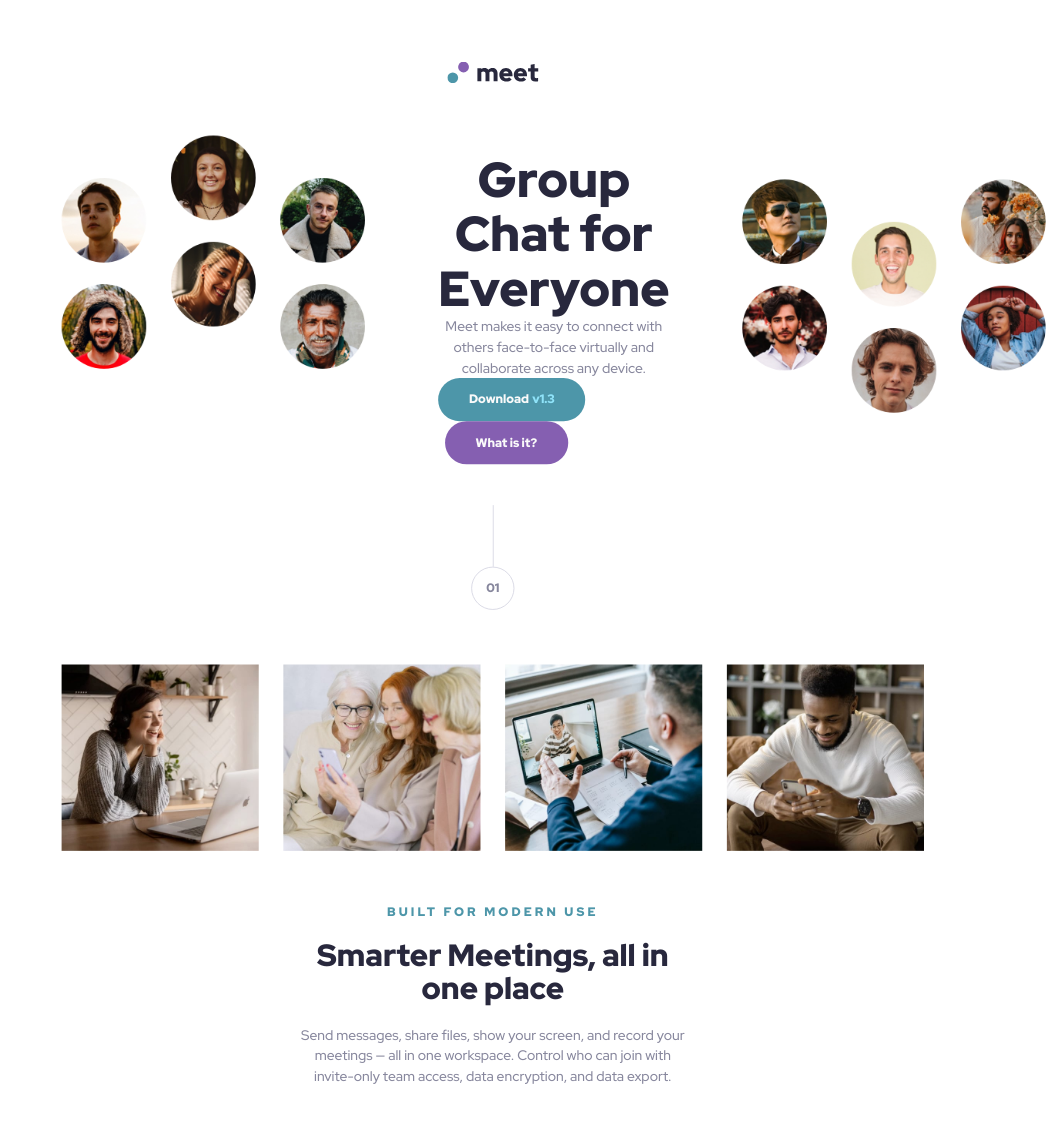
Repository: brandontaylor1/meet-landing-page
Page: index.html
The author's editor kept a copy of each file at every save. The page is drawn from the files as they stood at one save, then again after the next save.
The browser window is 1280 px wide. The page is 1358 px wide, so the pictures cover 1358 px, including what lies to the right of the window. The pictures show the whole page, at 77% of full size.

Above is the page before, as saved 2025-01-11 22:09:20.

### index.html
<!DOCTYPE html>
<html lang="en">
<head>
    <meta charset="UTF-8">
    <meta name="viewport" content="width=device-width, initial-scale=1.0">
    <link rel="preconnect" href="https://fonts.googleapis.com">
    <link rel="preconnect" href="https://fonts.gstatic.com" crossorigin>
    <link href="https://fonts.googleapis.com/css2?family=Red+Hat+Display:ital,wght@0,300..900;1,300..900&display=swap" rel="stylesheet">
    <link rel="stylesheet" href="styles.css">
    <title>Meet Landing Page</title>
</head>
<body>
    <nav class="navbar">
        <div class="logo-container">
            <img src="./assets/images/logo.svg" alt="meet logo">
        </div>
    </nav>
    <section class="hero-section">
        <img src="./assets/images/image-hero-left.png" class="left-faces" alt="Left Faces">
        <div class="hero-content">
            <h1>Group Chat for Everyone</h1>
            <p>Meet makes it easy to connect with others face-to-face virtually and collaborate across any device.</p>
            <div class="btn-container">
                <button class="hero-btn" id="downloadBtn">Download<span>v1.3</span></button>
                <button class="hero-btn" id="whatisitBtn">What is it?</button>
            </div>
        </div>
        <img src="./assets/images/image-hero-right.png" class="right-faces" alt="Right Faces">
    </section>

    <section class="main-content">
        <div class="content">
            <div class="design-container">
                <div class="gray-line"></div>
                <div class="gray-circle">01</div>
            </div>
            <div class="image-container">
                <img src="./assets/images/image-woman-in-videocall.jpg" alt="woman on video call">
                <img src="./assets/images/image-women-videochatting.jpg" alt="women vidoechatting">
                <img src="./assets/images/image-men-in-meeting.jpg" alt="men in a meeting">
                <img src="./assets/images/image-man-texting.jpg" alt="man texting">
            </div>
            <div class="text-container">
                <h3>Built for Modern Use</h3>
                <h2>Smarter Meetings, all in one place</h2>
                <p>Send messages, share files, show your screen, and record your meetings — all in one workspace. Control who can join with invite-only team access, data encryption, and data export.</p>
            </div>
        </div>
    </section>

</body>
</html>

### styles.css
* {
    margin: 0;
    padding: 0;
    box-sizing: border-box
}

:root {
    --color-white: #FAFAFA;
    --color-slate: #87879D;
    --color-lightslate: #D1D1DF;
    --color-darkslate: #28283D;
    --color-cyan: #4D96A9;
    --color-purple: #855FB1;
    --color-lightcyan: #8FE3F9;
    --color-lightpurple: #D9B8FF;

    font-size: 16px;

}

.navbar {
    display: flex;
    padding: 80px 80px 0px 80px;
    flex-direction: column;
    justify-content: flex-end;
    align-items: center;
    gap: var(--spacing-100, 8px);
    align-self: stretch;

}

.hero-section {
    display: flex;
    justify-content: space-between;
    align-items: center;
    padding: 4rem 5rem;
    height: 488px;
}

.left-faces {
    padding-right: 95px;
    padding-bottom: 57px;
}

.right-faces {
    padding-left: 95px;
    padding-top: 57px;
}

.hero-content {
    display: flex;
    flex-direction: column;
    align-items: center;
    justify-content: space-between;
    width: 448px;
    height: 314px;

}

.hero-content h1 {
    font-family: "Red Hat Display", sans-serif;
    font-size: 4rem;
    font-weight: 900;
    line-height: 110%;
    color: var(--color-darkslate);
    text-align: center;
}

.hero-content p {
    font-family: "Red Hat Display", sans-serif;
    font-size: 18px;
    font-weight: 500;
    line-height: 150%;
    color: var(--color-slate);
    text-align: center;

}

.hero-btn {
    padding: 16px 40px;
    border-radius: 29px;
    border: none;

}

#downloadBtn {
    background-color: var(--color-cyan);
    color: var(--color-white);
    font-size: 16px;
    font-family: "Red Hat Display", sans-serif;
    font-weight: 900;
    line-height: 150%;
    margin-right: 8.5px;
}

#downloadBtn span {
    margin-left: 4px;
    color: var(--color-lightcyan);

}

#whatisitBtn {
    background-color: var(--color-purple);
    color: var(--color-white);
    font-size: 16px;
    font-family: "Red Hat Display", sans-serif;
    font-weight: 900;
    line-height: 150%;
    margin-left: 8.5px;
}

.main-content {
    display: flex;
    flex-direction: column;
    align-items: center;
    justify-content: center;
    height: 883px;
    padding: 56px 80px 72px 80px;
}

.content {
    display: flex;
    flex-direction: column;
    align-items: center;
    justify-content: space-between;
    height: 755px;
}

.design-container {
    display: flex;
    justify-content: center;
    align-items: center;
    flex-direction: column;

}

.gray-line {
    width: 1px;
    height: 80px;
    background-color:  var(--color-lightslate);
}

.gray-circle {
    width: 56px;
    height: 56px;
    display: flex;
    align-items: center;
    justify-content: center;
    border-radius: 50%;
    border: 1px solid var(--color-lightslate);
    color: var(--color-slate);
    font-size: 16px;
    font-family: "Red Hat Display", sans-serif;
    font-weight: 900;
    line-height: 150%;
}

.image-container {
    display: grid;
    grid-template-columns: repeat(4, 1fr);
    gap: 32px;
}

.image-container img {
    width: 256px;
    height: auto;
}

.text-container {
    width: 500px;
    height: 235px;
    display: flex;
    flex-direction: column;
    align-items: center;
    justify-content: space-between;
}

.text-container h3 {
    font-family: "Red Hat Display", sans-serif;
    font-size: 16px;
    font-weight: 900;
    line-height: 110%;
    text-transform: uppercase;
    letter-spacing: 4px;
    color: var(--color-cyan);
}

.text-container h2 {
    font-family: "Red Hat Display", sans-serif;
    font-size: 40px;
    font-style: normal;
    font-weight: 900;
    line-height: 110%;
    text-align: center;
    color: var(--color-darkslate);
}

.text-container p {
    font-family: "Red Hat Display", sans-serif;
    font-size: 18px;
    font-style: normal;
    font-weight: 500;
    line-height: 150%;
    text-align: center;
    color: var(--color-slate)
}

After the next save:
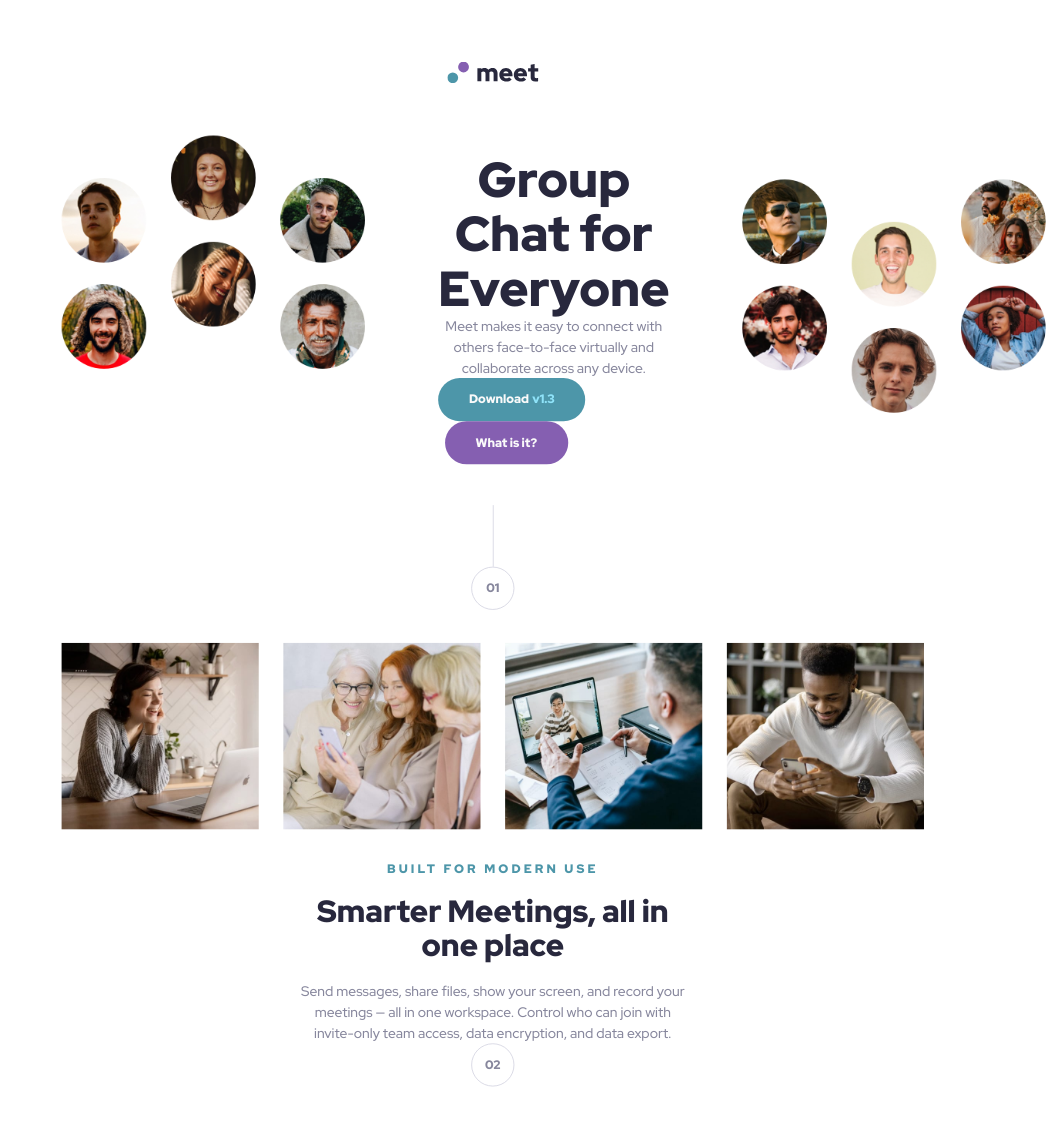
Saved 5 min 36 s later.
--- a/index.html
+++ b/index.html
@@ -46,6 +46,10 @@
                 <p>Send messages, share files, show your screen, and record your meetings — all in one workspace. Control who can join with invite-only team access, data encryption, and data export.</p>
             </div>
         </div>
+        <div class="design-container">
+            <div class="grayline"></div>
+            <div class="gray-circle">02</div>
+        </div>
     </section>
 
 </body>
